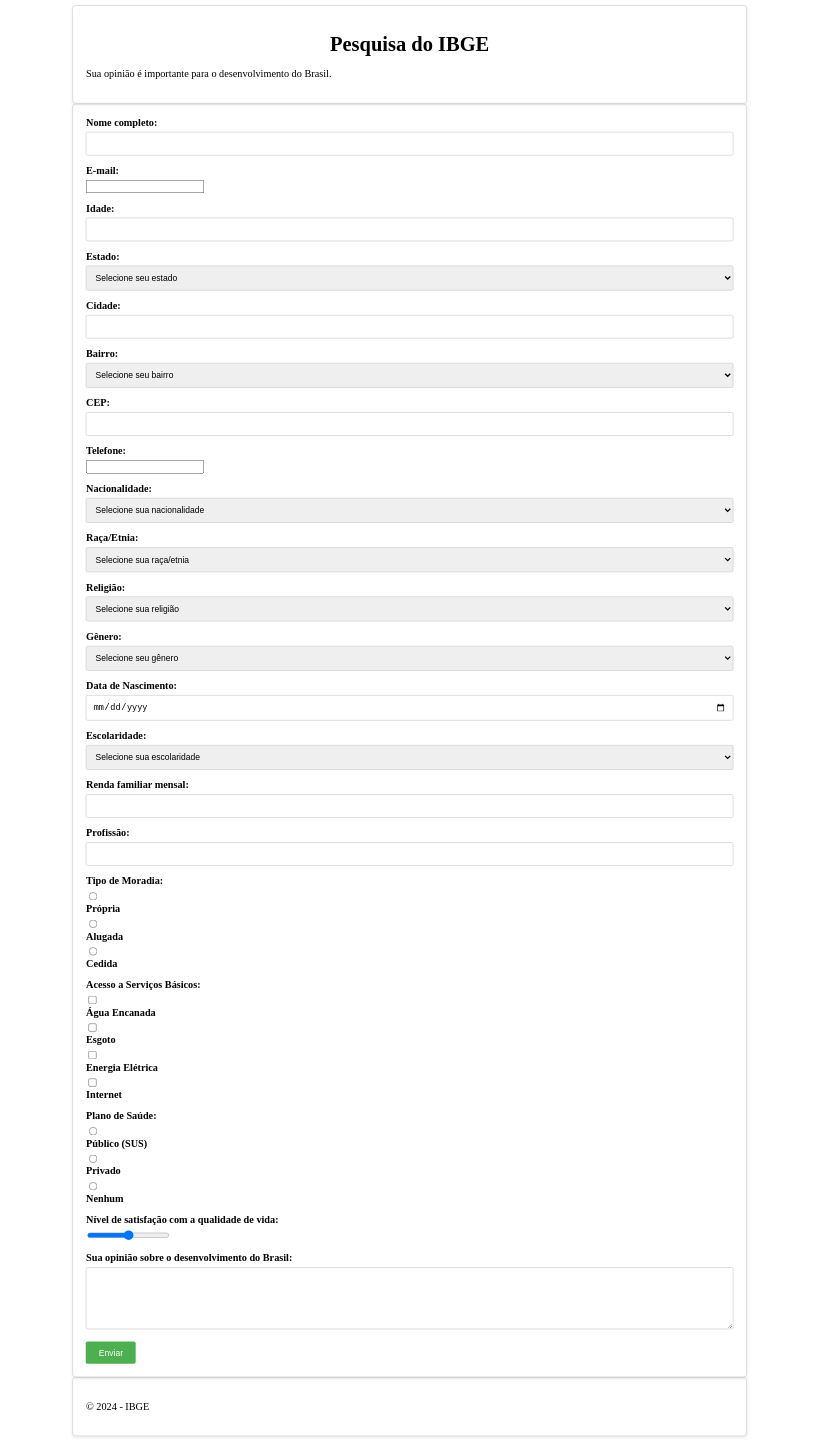
Repository: Gabrielb0rn/Projeto-Formul-rio.io
Page: index.html
These files come from the project's save history. The page is drawn as it stood at one moment and after a run of saves; the edit follows.
The browser window is 1280 px wide. The pictures show the whole page, at 64% of full size.

Above is the page before, as saved 2024-06-27 12:00:15.
Not found: assets/script.js

### index.html
<!DOCTYPE html>
<html lang="pt-BR">
<head>
    <meta charset="UTF-8">
    <meta name="viewport" content="width=device-width, initial-scale=1.0">
    <title>Pesquisa do IBGE</title>
    <link rel="stylesheet" href="assets/style.css">
</head>
<body>
    <header>
        <div class="container">
            <h1>Pesquisa do IBGE</h1>
            <p>Sua opinião é importante para o desenvolvimento do Brasil.</p>
        </div>
    </header>
    <main>
        <div class="container">
            <form id="form">
                <div class="form-group">
                    <label for="nome">Nome completo:</label>
                    <input type="text" id="nome" name="nome" required>
                </div>
                <div class="form-group">
                    <label for="email">E-mail:</label>
                    <input type="email" id="email" name="email" required>
                </div>
                <div class="form-group">
                    <label for="idade">Idade:</label>
                    <input type="number" id="idade" name="idade" required>
                </div>
                <div class="form-group">
                    <label for="estado">Estado:</label>
                    <select id="estado" name="estado" required>
                        <option value="">Selecione seu estado</option>
                        <option value="AC">Acre</option>
                        <option value="AL">Alagoas</option>
                        <option value="AP">Amapá</option>
                        <option value="AM">Amazonas</option>
                        <option value="BA">Bahia</option>
                        <option value="CE">Ceará</option>
                        <option value="DF">Distrito Federal</option>
                        <option value="ES">Espírito Santo</option>
                        <option value="GO">Goiás</option>
                        <option value="MA">Maranhão</option>
                        <option value="MT">Mato Grosso</option>
                        <option value="MS">Mato Grosso do Sul</option>
                        <option value="MG">Minas Gerais</option>
                        <option value="PA">Pará</option>
                        <option value="PB">Paraíba</option>
                        <option value="PR">Paraná</option>
                        <option value="PE">Pernambuco</option>
                        <option value="PI">Piauí</option>
                        <option value="RJ">Rio de Janeiro</option>
                        <option value="RN">Rio Grande do Norte</option>
                        <option value="RS">Rio Grande do Sul</option>
                        <option value="RO">Rondônia</option>
                        <option value="RR">Roraima</option>
                        <option value="SC">Santa Catarina</option>
                        <option value="SP">São Paulo</option>
                        <option value="SE">Sergipe</option>
                        <option value="TO">Tocantins</option>
                        <option value="DF">Distrito Federal</option>
                    </select>
                </div>
                <div class="form-group">
                    <label for="cidade">Cidade:</label>
                        <input type="text" id="cidade" name="cidade" required>
                </div>
                <div class="form-group">
                    <label for="bairro">Bairro:</label>
                    <select name="bairro" id="bairro" required>
                        <option value="">Selecione seu bairro</option>
                    </select>
                </div>
                <div class="form-group">
                    <label for="cep">CEP:</label>
                    <input type="text" id="cep" name="cep" required>
                </div>
                <div class="form-group">
                    <label for="telefone">Telefone:</label>
                    <input type="tel" id="telefone" name="telefone" required>
                </div>
                <div class="form-group">
                    <label for="nacionalidade">Nacionalidade:</label>
                    <select id="nacionalidade" name="nacionalidade" required>
                        <option value="">Selecione sua nacionalidade</option>
                        <option value="Brasileiro">Brasileiro</option>
                        <option value="Estrangeiro">Estrangeiro</option>
                    </select>
                </div>
                <div class="form-group">
                    <label for="raca">Raça/Etnia:</label>
                    <select id="raca" name="raca" required>
                        <option value="">Selecione sua raça/etnia</option>
                        <option value="Branca">Branca</option>
                        <option value="Preta">Preta</option>
                        <option value="Parda">Parda</option>
                        <option value="Amarela">Amarela</option>
                        <option value="Indígena">Indígena</option>
                    </select>
                </div>
                <div class="form-group">
                    <label for="religiao">Religião:</label>
                    <select id="religiao" name="religiao" required>
                        <option value="">Selecione sua religião</option>
                        <option value="Católica">Católica</option>
                        <option value="Evangélica">Evangélica</option>
                        <option value="Outras">Outras</option>
"></select>
                </div>
                <div class="form-group">
                    <label for="genero">Gênero:</label>
                    <select id="genero" name="genero" required>
                        <option value="">Selecione seu gênero</option>
                        <option value="Masculino">Masculino</option>
                        <option value="Feminino">Feminino</option>
                        <option value="Outro">Outro</option>
                        <option value="Prefiro não dizer">Prefiro não dizer</option>
                    </select>
                </div>
                <div class="form-group">
                    <label for="data_nascimento">Data de Nascimento:</label>
                    <input type="date" id="data_nascimento" name="data_nascimento" required>
                </div>
                <div class="form-group">
                    <label for="escolaridade">Escolaridade:</label>
                    <select id="escolaridade" name="escolaridade" required>
                        <option value="">Selecione sua escolaridade</option>
                        <option value="Fundamental Incompleto">Fundamental Incompleto</option>
                        <option value="Fundamental Completo">Fundamental Completo</option>
                        <option value="Médio Incompleto">Médio Incompleto</option>
                        <option value="Médio Completo">Médio Completo</option>
                        <option value="Superior Incompleto">Superior Incompleto</option>
                        <option value="Superior Completo">Superior Completo</option>
                        <option value="Pós-Graduação">Pós-Graduação</option>
                    </select>
                </div>
                <div class="form-group">
                    <label for="renda">Renda familiar mensal:</label>
                    <input type="number" id="renda" name="renda" required>
                </div>
                <div class="form-group">
                    <label for="profissao">Profissão:</label>
                    <input type="text" id="profissao" name="profissao">
                </div>
                <div class="form-group">
                    <label>Tipo de Moradia:</label>
                    <div>
                        <input type="radio" id="propria" name="moradia" value="propria">
                        <label for="propria">Própria</label>
                    </div>
                    <div>
                        <input type="radio" id="alugada" name="moradia" value="alugada">
                        <label for="alugada">Alugada</label>
                    </div>
                    <div>
                        <input type="radio" id="cedida" name="moradia" value="cedida">
                        <label for="cedida">Cedida</label>
                    </div>
                </div>
                <div class="form-group">
                    <label>Acesso a Serviços Básicos:</label>
                    <div>
                        <input type="checkbox" id="agua" name="servicos" value="agua">
                        <label for="agua">Água Encanada</label>
                    </div>
                    <div>
                        <input type="checkbox" id="esgoto" name="servicos" value="esgoto">
                        <label for="esgoto">Esgoto</label>
                    </div>
                    <div>
                        <input type="checkbox" id="energia" name="servicos" value="energia">
                        <label for="energia">Energia Elétrica</label>
                    </div>
                    <div>
                        <input type="checkbox" id="internet" name="servicos" value="internet">
                        <label for="internet">Internet</label>
                    </div>
                </div>
                <div class="form-group">
                    <label>Plano de Saúde:</label>
                    <div>
                        <input type="radio" id="publico" name="saude" value="publico">
                        <label for="publico">Público (SUS)</label>
                    </div>
                    <div>
                        <input type="radio" id="privado" name="saude" value="privado">
                        <label for="privado">Privado</label>
                    </div>
                    <div>
                        <input type="radio" id="nenhum" name="saude" value="nenhum">
                        <label for="nenhum">Nenhum</label>
                    </div>
                </div>
                <div class="form-group">
                    <label for="satisfacao">Nível de satisfação com a qualidade de vida:</label>
                    <input type="range" id="satisfacao" name="satisfacao" min="1" max="5" required>
                </div>

                <div class="form-group">
                    <label for="opiniao">Sua opinião sobre o desenvolvimento do Brasil:</label>
                    <textarea id="opiniao" name="opiniao" rows="5" required></textarea>
                </div>
                <button type="submit">Enviar</button>
            </form>
        </div>
    </main>
    <footer>
        <div class="container">
            <p>&copy; 2024 - IBGE</p>
        </div>
    </footer>
    <script src="assets/script.js"></script>
</body>
</html>

### assets/style.css
.container {
    width: 80%;
    margin: 0 auto;
    padding: 20px;
    border: 1px solid #ccc;
    border-radius: 5px;
    box-shadow: 0 2px 5px rgba(0, 0, 0, 0.1);
}

h1 {
    text-align: center;
    margin-bottom: 20px;
}

.form-group {
    margin-bottom: 15px;
}

label {
    display: block;
    margin-bottom: 5px;
    font-weight: bold;
}

input[type="text"],
input[type="date"],
input[type="number"],
select,
textarea {
    width: 100%;
    padding: 10px;
    border: 1px solid #ccc;
    border-radius: 3px;
    box-sizing: border-box;
}

input[type="radio"],
input[type="checkbox"] {
    margin-right: 5px;
}

button[type="submit"] {
    background-color: #4CAF50;
    color: white;
    padding: 10px 20px;
    border: none;
    border-radius: 3px;
    cursor: pointer;
}

After the next 3 saves:
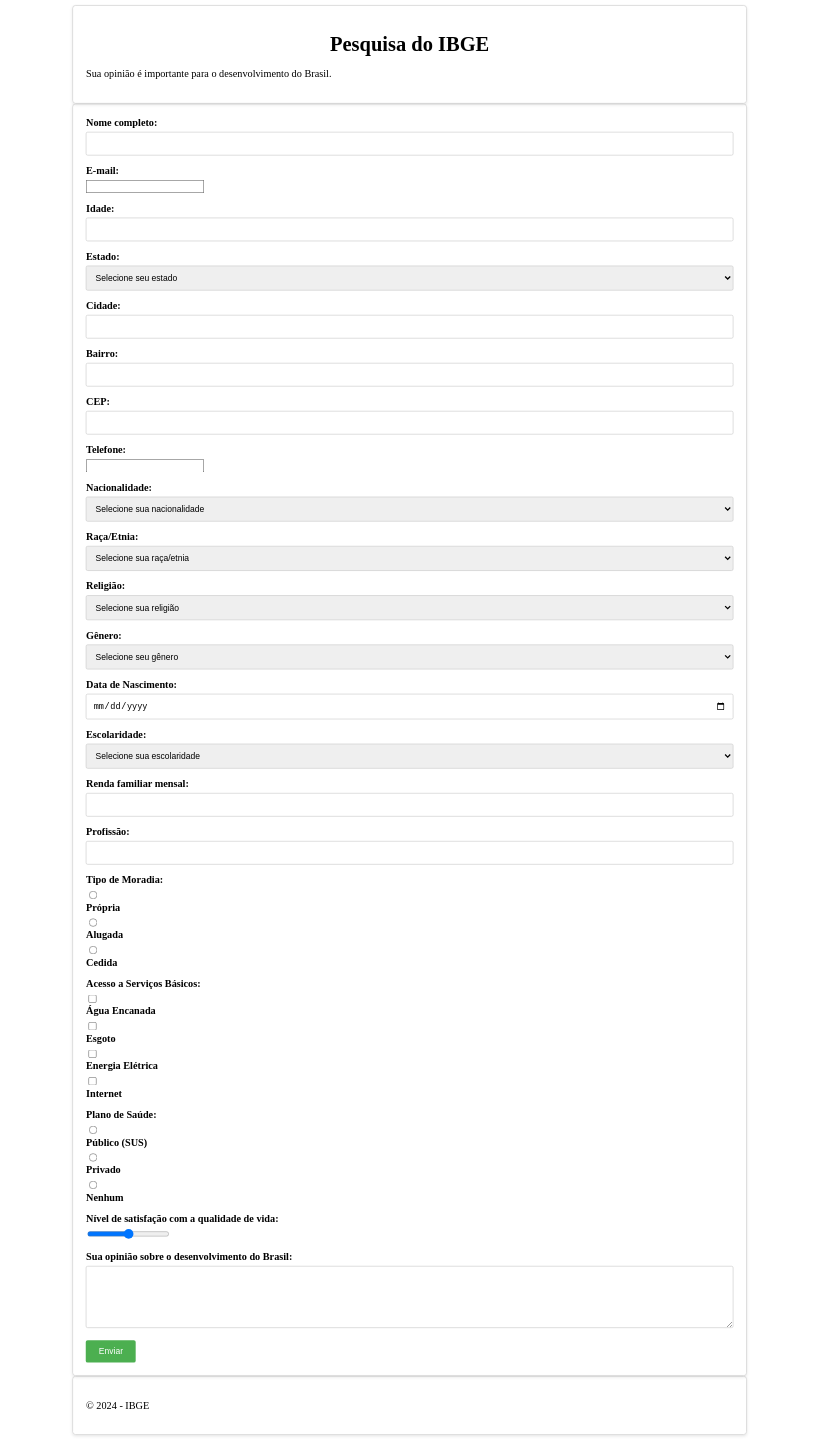
The 3 saves are shown as one change because they came seconds apart.
The last was saved 11 s later.
--- a/index.html
+++ b/index.html
@@ -68,9 +68,7 @@
                 </div>
                 <div class="form-group">
                     <label for="bairro">Bairro:</label>
-                    <select name="bairro" id="bairro" required>
-                        <option value="">Selecione seu bairro</option>
-                    </select>
+                    <input type="text" id="bairro" name="bairro">
                 </div>
                 <div class="form-group">
                     <label for="cep">CEP:</label>
